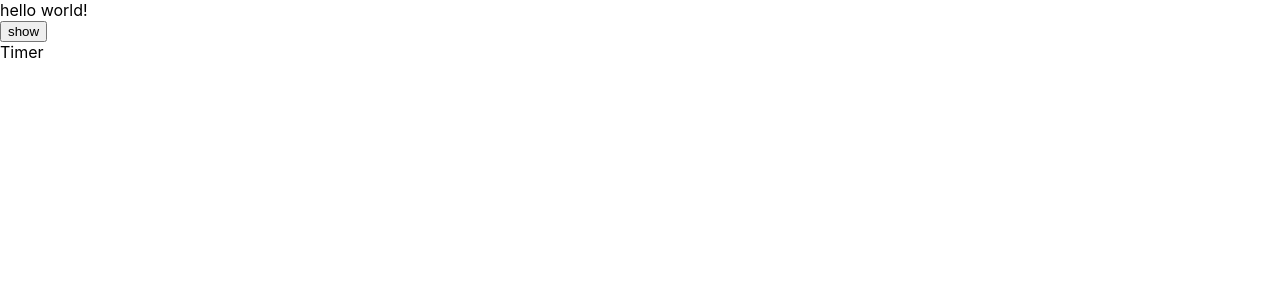
Repository: codest00001/cra-app_reactstudy
Page: /
The author's editor kept a copy of each file at every save. The page is drawn from the files as they stood at one save, then again after the next save.
The browser window is 1280 px wide. The pictures show the whole page.
The project was rebuilt for these pictures with package versions that can differ from the ones it lists, and the page was loaded fresh each time.

Above is the page before, as saved 2024-09-10 15:35:28.

After the next save:
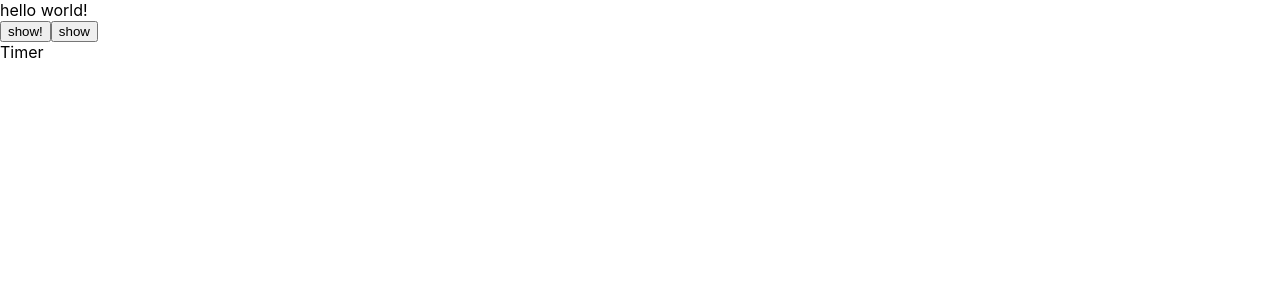
Saved 50 s later.
--- a/src/App.js
+++ b/src/App.js
@@ -24,6 +24,7 @@ function App() {
   return (
     <>
     <div>hello world!</div>
+    <button onClick={() => {setShow(!show)}}>show!</button>
     <button>show</button>
 
     {show && <Timer />}
